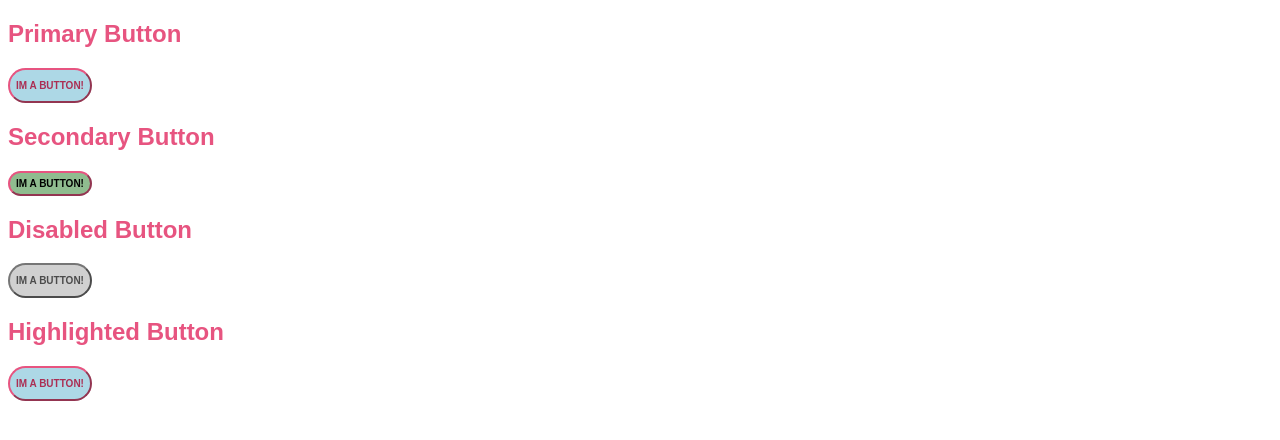
Repository: Jvien2/3126-repo
Page: index.html
These files come from the project's save history. The page is drawn as it stood at one moment and after the next save; the edit follows.
The browser window is 1280 px wide. The pictures show the whole page.

Above is the page before, as saved 2026-10-01 01:15:58.
Not found: code.js

### index.html
<!DOCTYPE html>
<html lang="en">
<head>
    <meta charset="UTF-8">
    <meta name="viewport" content="width=device-width, initial-scale=1.0">
    <title>Assignment 1</title>
    <link rel="stylesheet" href="style.css">
    <script src="code.js" defer></script>
</head>
<body>
    <!-- regular button -->
    <!-- <h2>No Modifier</h2>
        <button class="btn">IM A BUTTON!</button> -->

    <!-- prmary -->
    <h2>Primary Button</h2>
        <button class="btn btn-primary">IM A BUTTON!</button>

    <!-- secondary -->
    <h2>Secondary Button</h2>
         <button class="btn btn-secondary">IM A BUTTON!</button>

    <!-- disabled -->
    <h2>Disabled Button</h2>
         <button class="btn btn-primary btn-disabled">IM A BUTTON!</button>

    <!-- highlighted -->
    <h2>Highlighted Button</h2>
         <button class="btn btn-primary btn-highlight">IM A BUTTON!</button>

</body>
</html>

### style.css
h2 {
    color: #e75480;
    font-family: Arial, Helvetica, sans-serif;
}

.btn {
    width: fit-content;
    height: 20px;
    border-radius: 20px;
    background-color: lightblue;
    font-weight: bold;

}

.btn-primary {
    color:#ab2e53;
    height: 35px;
    font-size: 10px;
    border-color: #e75480;
}


.btn-secondary {
    background-color:darkseagreen;
    border-color: #e75480;
    height: 25px;
    font-size: 10px;
}

.btn-disabled {
    pointer-events: none;
    cursor: not-allowed;
    filter: grayscale()
}

After the next save:
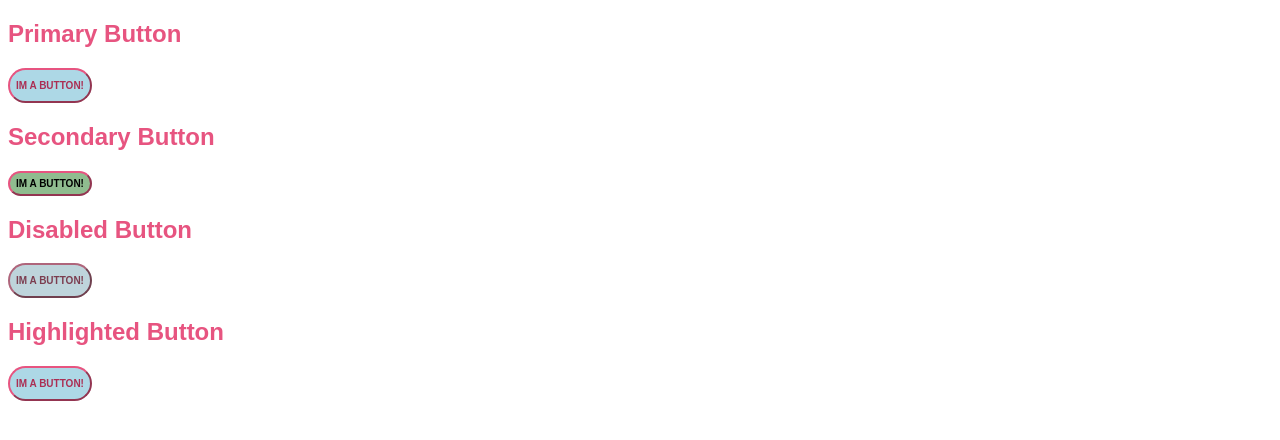
Saved 8 s later.
--- a/style.css
+++ b/style.css
@@ -30,5 +30,5 @@
 .btn-disabled {
     pointer-events: none;
     cursor: not-allowed;
-    filter: grayscale()
+    filter: grayscale(50%)
 }

After the save that followed:
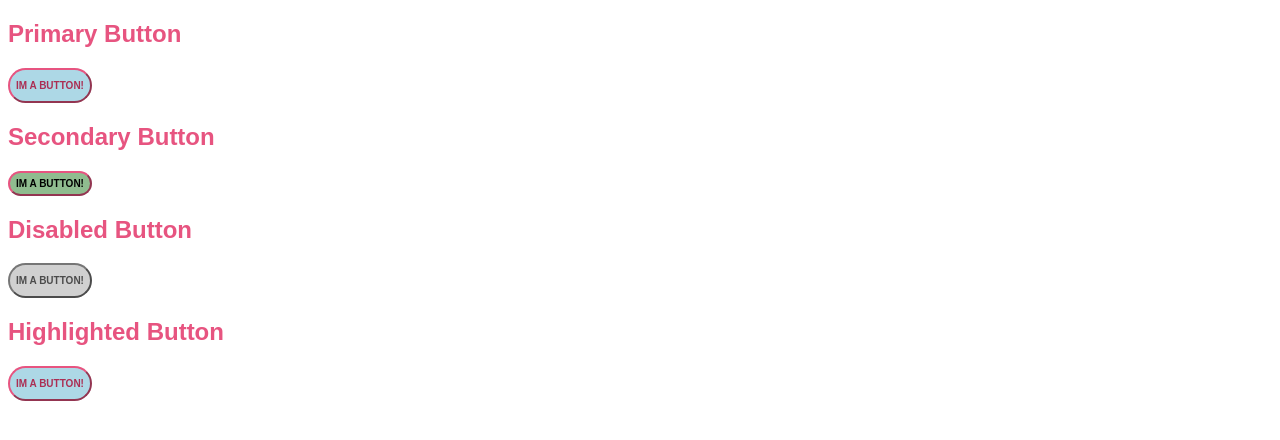
Saved 10 s later.
--- a/style.css
+++ b/style.css
@@ -30,5 +30,5 @@
 .btn-disabled {
     pointer-events: none;
     cursor: not-allowed;
-    filter: grayscale(50%)
+    filter: grayscale()
 }
